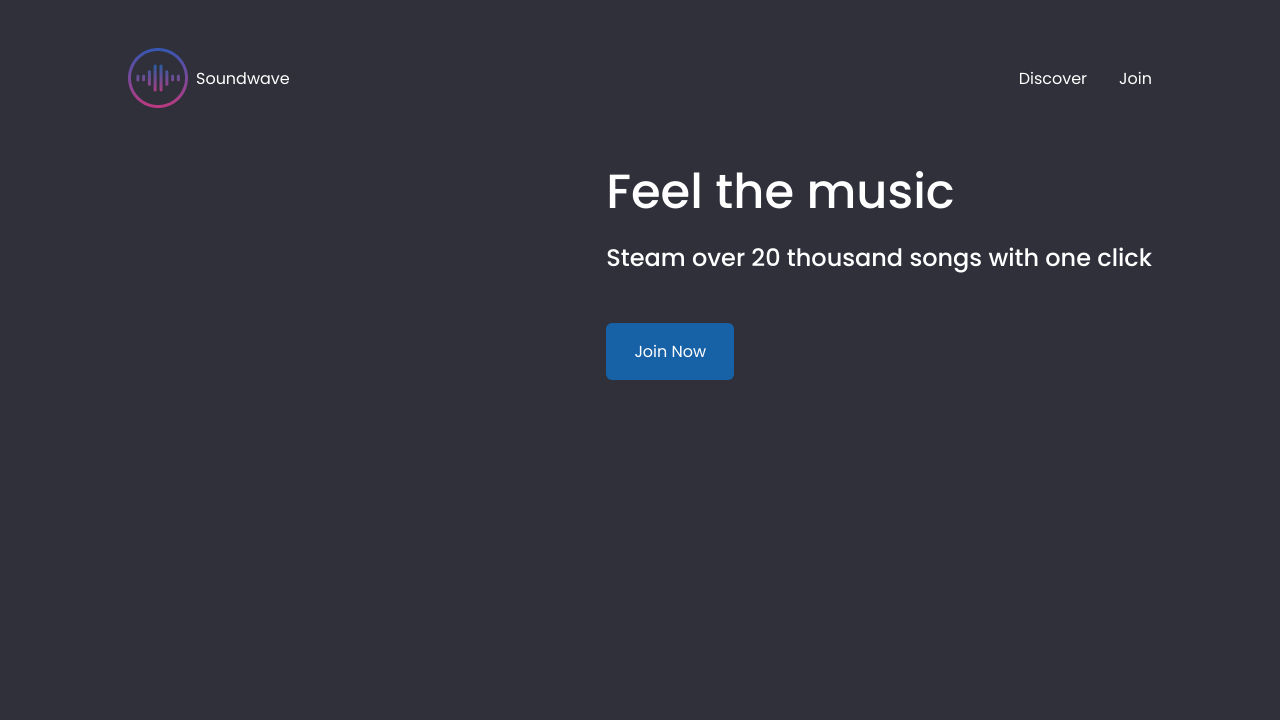
Repository: Hiiiij/soundwave
Page: pages/index.html
These files come from the project's save history. The page is drawn as it stood at one moment and after a run of saves; the edit follows.
The browser window is 1280 px wide. The pictures show the whole page.

Above is the page before, as saved 2020-06-30 13:09:18.

### pages/index.html
<!DOCTYPE html>
<html lang="en">
  <head>
    <meta charset="UTF-8" />
    <meta name="viewport" content="width=device-width, initial-scale=1.0" />
    <link rel="stylesheet" href="../style.css">
    <title>Soundwave</title>
  </head>
  <body class="main-container page-content">
    <header class="header">
        <!-- <div class="main-container"> -->
        <a href="/" class="logo">
          <img src="../assets/icons/logo.png" alt="logo-soundwave" />
          <span class="logotype">Soundwave</span>
        </a>
        <nav class="header-nav">
          <ul>
            <li>
              <a href="/pages/discover.html">Discover</a>
            </li>
            <li>
              <a href="/pages/join.html">Join</a>
            </li>
          </ul>
        </nav>
       <!-- </div>  -->
    </header>
    <section class="home-main">
      <div class="img-wrapper">
        <div class="img">
        </div>
      </div>

      <div class="heading">
        <h1 class="title">Feel the music</h1>
        <h2 class="subt">Steam over 20 thousand songs with one click</h2>
        <a href="/pages/join.html" class="button-primary">Join Now</a>
      </div>



    </section>
  </body>
</html>

### style.css
@import url("https://fonts.googleapis.com/css?family=Poppins:400,500,700");

*,
*::before,
*::after {
  box-sizing: border-box;
}

:root {
  /* colors  */
  --main-bg-color: #2f303a;
  --pink-circle: #3d3141;
  --blue-circle: #2f3446;
  --footer-bg: #202027;
  --primary-link-hover: #a07fe8;
  --button-primary: #1762a7;
  --button-hover: #3a90e1;
  --accent-text: #bc3a80;
  --primary-text: #ffffff;
  --link-hover: #ffb515;

  /* typography */
  --h4-font-size: 1rem;
  --h1-font-size: 3rem;
  --h2-font-size: 1.5rem;
  /* --accent-font-size: 1.25rem; */
  --btn-text: 0.75rem;
  --font-bold:500;

  /* breakpoitns */
  --xs-breakpoint: 0px;
  --sm-breakpoint: 600px;
  --md-breakpoint: 960px;
  --lg-breakpoint: 1280px;
  --xl-breakpoint: 1920px;
}

/* general style*/
body {
  padding: 0;
  margin: 0;
  font-family: "Poppins", sans-serif;
  background-color: var(--main-bg-color);
  color: var(--primary-text);
  font-size: var( --h4-font-size);
  min-height:100vh;
}

.page-content{
  display:flex;
  flex-direction:column;
}
.main-container{
  max-width: 80vw;
  max-height:100vh;
  margin:0 auto;
}

.header{
  display:flex;
  justify-content:space-between;
  align-items:center;
  /* height:8rem; */
  padding: 3rem 0;
}

.logo{
  display:flex;
  align-items:center;
  color:inherit;
  font-size: var(--h3-font-size);
  text-decoration:none;
}

.logotype{
  margin-left: .5rem;
}

.header-nav ul{
display: flex;
list-style:none;
margin:0;
padding:0;
}

.header-nav > ul > li:not(:last-child) {
  margin-right: 2rem;
}

.header-nav a {
text-decoration: none;
color: inherit;
}

.header-nav a:hover{
  color: var(--link-hover)
}

/* .heading{
  margin-top:0;
  margin-bottom: 0;
} */

.title{
  font-weight: var(--font-bold);
  font-size: var(--h1-font-size);
  margin-bottom: 0;
  margin-top:0;

}
 .subt{
   font-weight:var(--font-bold);
   font-size: var(--h2-font-size);
   margin-top: .75rem;
   margin-bottom:3rem;

 }
.button-primary {
  border:0;
  padding-top: 1rem;
  padding-bottom: 1rem;
  width: 8rem;
  display: inline-block;
  border-radius: 6px;
  background-color: var(--button-primary);
  text-align: center;
  color: var(--primary-text);
  text-decoration: none;

}

.home-main{
display:flex;
align-items:stretch;
flex-grow:1;
justify-content: space-between;
}

.home-main .img-wrapper{
display:flex;
flex-grow:1;
flex-direction: column;
align-items:stretch;
justify-content:flex-end;

}

.home-main .img{
  background-image: url(./assets/images/landing-page-girl.png);
  background-repeat: no-repeat;

  /* background-size: 50%;
  background-position: 0 bottom;
  align-items: center; */
  justify-content: flex-end;
  z-index:1;
}

After the next 3 saves:
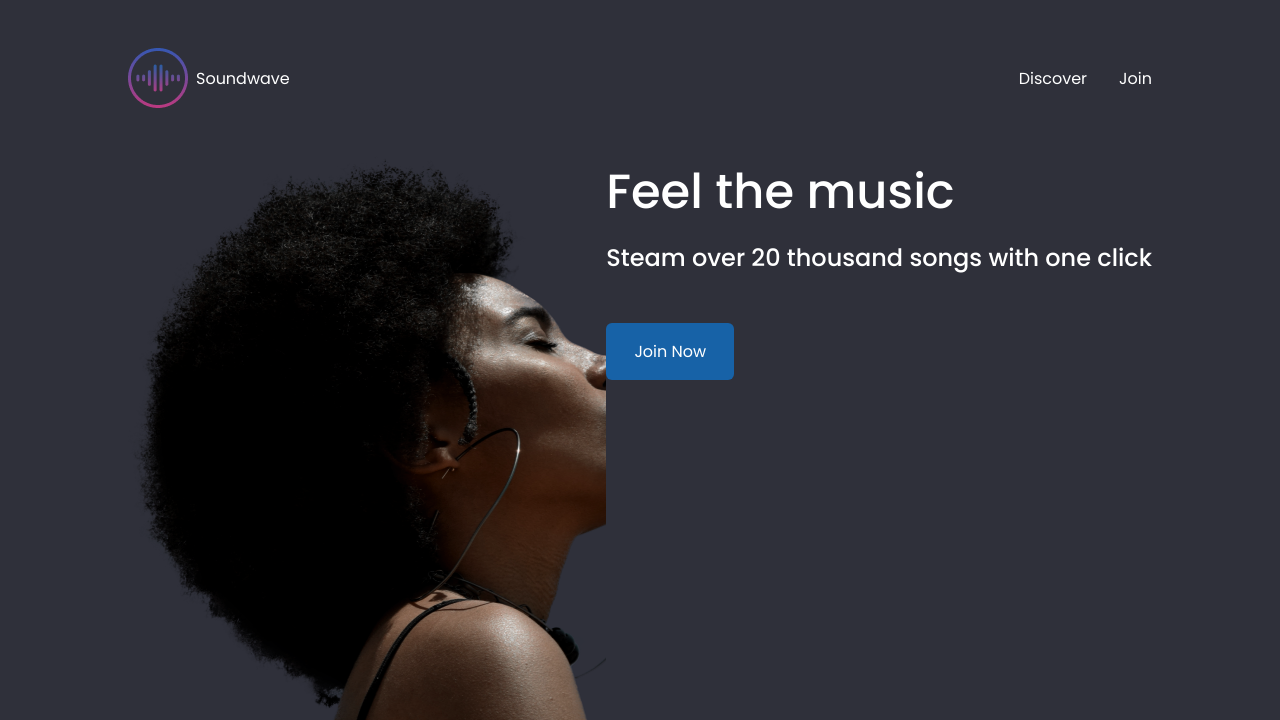
The 3 saves are shown as one change because they came seconds apart.
The last was saved 9 s later.
--- a/style.css
+++ b/style.css
@@ -148,7 +148,7 @@ justify-content:flex-end;
 .home-main .img{
   background-image: url(./assets/images/landing-page-girl.png);
   background-repeat: no-repeat;
-
+  flex-grow:1;
   /* background-size: 50%;
   background-position: 0 bottom;
   align-items: center; */
